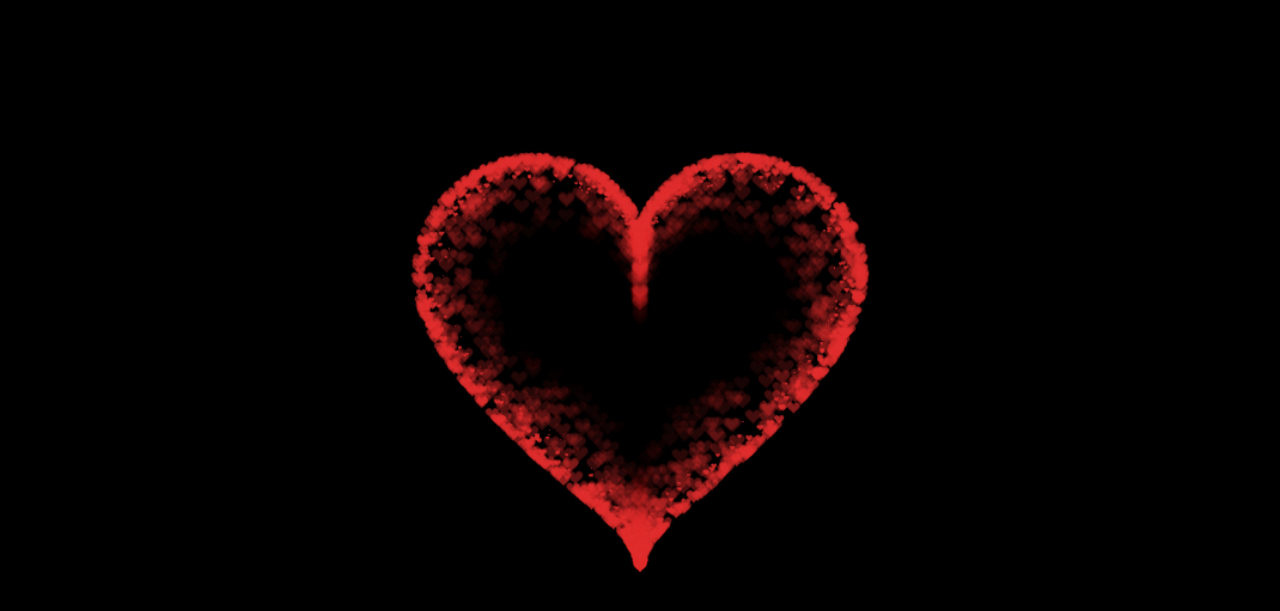
Repository: Mannj-nef/Heart-beat
Page: index.html
These files come from the project's save history. The page is drawn as it stood at one moment and after the next save; the edit follows.
The browser window is 1280 px wide. The pictures show the whole page.

Above is the page before, as saved 2022-11-08 12:09:06.

After the next save:
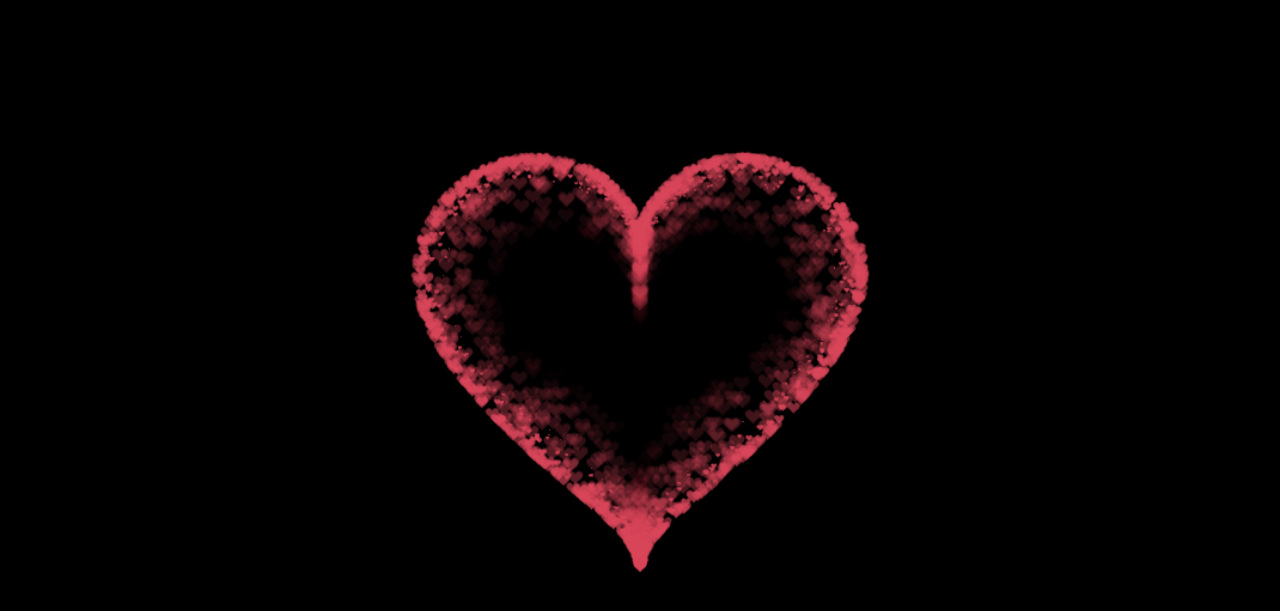
Saved 11 s later.
--- a/index.js
+++ b/index.js
@@ -209,7 +209,7 @@ var ParticlePool = (function () {
     }
     context.closePath();
     // create the fill
-    context.fillStyle = "#e12e2e";
+    context.fillStyle = "#d9475b";
     context.fill();
     // create the image
     var image = new Image();
